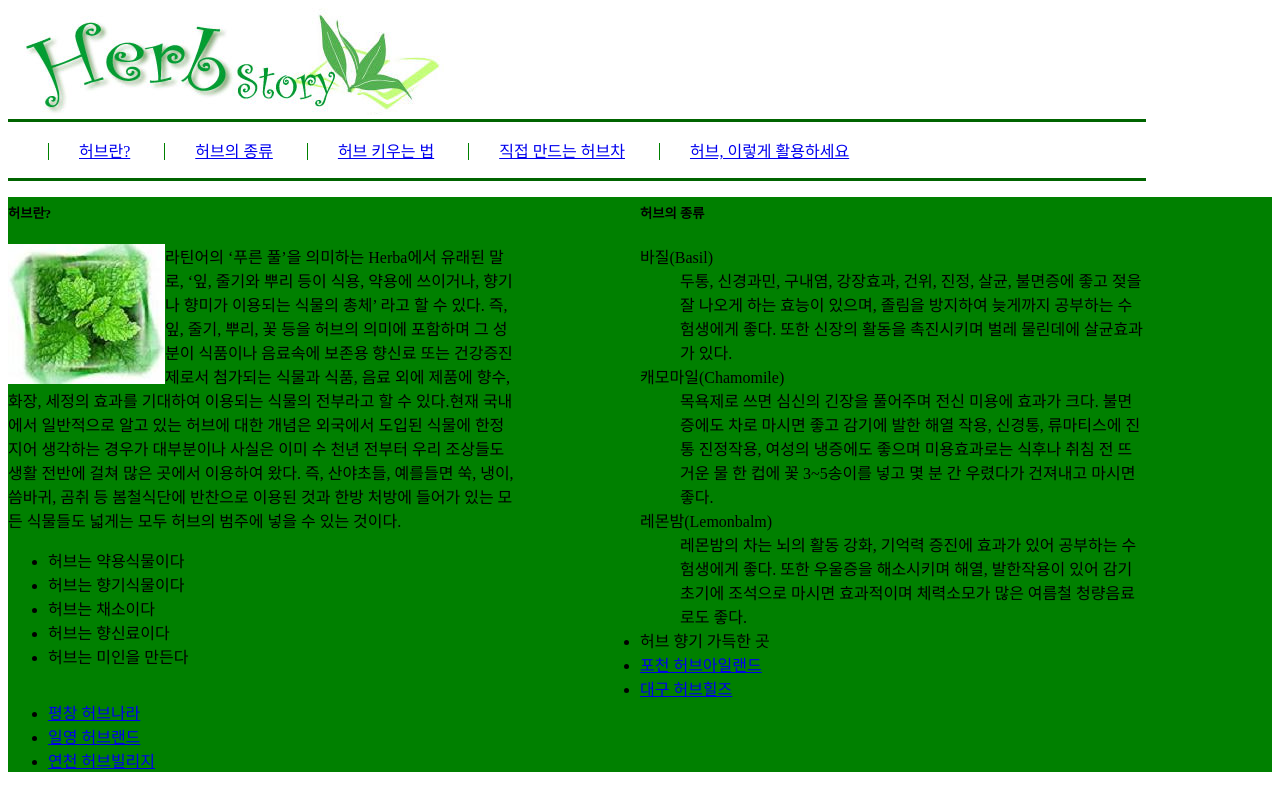
Repository: RyuJelly/java_web
Page: CSS/WebContent/exam2/layout.htm
An editor plug-in stored every save of this project. The page is shown before and after the next save, followed by the edit.
The browser window is 1280 px wide. The pictures show the whole page.

Above is the page before, as saved 2021-03-08 05:37:51.

### CSS/WebContent/exam2/layout.htm
<!DOCTYPE HTML PUBLIC "-//W3C//DTD HTML 4.01//EN" "http://www.w3.org/TR/html4/strict.dtd">
<html>
<head>
<title>레이아웃 연습하기</title>
<meta http-equiv="Content-Type" content="text/html; charset=UTF-8">
<style type="text/css">
	#menu{
		width: 90%;
		border-top: 3px solid darkgreen;
		border-bottom: 3px solid darkgreen;
	}

	#menu li{
		display: inline;
		border-left: 1px solid darkgreen;
		border-color: green;
		padding-left: 30px;
		margin-right: 30px;
	}
	#first{
		border-left: none;
	}

	#content1{
		width: 40%;
		float: left;
		margin-right: 10%;
	}
	#content1 img{
		float: left;
	}

	#content2{
		width: 40%;
		float: right;
		margin-right: 10%;
	}

	#infolist ul{
		background-color: green;
	}
</style>
</head>
<body>

<div>
	<img src="images/herblogo.jpg">
</div>

<div id="menu">
 <ul>
  <li id="first"><a href="#">허브란?</a></li>
  <li><a href="#">허브의 종류</a></li>
  <li><a href="#">허브 키우는 법</a></li>
  <li><a href="#">직접 만드는 허브차</a></li>
  <li><a href="#">허브, 이렇게 활용하세요</a></li>
 </ul>
</div>

<div id="content1">
 <h5>허브란? </h5>
 <img src="images/balm.jpg" id="balm">
 <p>라틴어의 ‘푸른 풀’을 의미하는 Herba에서 유래된 말로, ‘잎, 줄기와 뿌리 등이 식용, 약용에 쓰이거나, 향기나 향미가 이용되는 식물의 총체’ 라고 할 수 있다. 즉, 잎, 줄기, 뿌리, 꽃 등을 허브의 의미에 포함하며 그 성분이 식품이나 음료속에 보존용 향신료 또는 건강증진제로서 첨가되는 식물과 식품, 음료 외에 제품에 향수, 화장, 세정의 효과를 기대하여 이용되는 식물의 전부라고 할 수 있다.현재 국내에서 일반적으로 알고 있는 허브에 대한 개념은 외국에서 도입된 식물에 한정지어 생각하는 경우가 대부분이나 사실은 이미 수 천년 전부터 우리 조상들도 생활 전반에 걸쳐 많은 곳에서 이용하여 왔다. 즉, 산야초들, 예를들면 쑥, 냉이, 씀바귀, 곰취 등 봄철식단에 반찬으로 이용된 것과 한방 처방에 들어가 있는 모든 식물들도 넓게는 모두 허브의 범주에 넣을 수 있는 것이다.</p>
 <ul>
  <li>허브는 약용식물이다</li>
  <li>허브는 향기식물이다</li>
  <li>허브는 채소이다</li>
  <li>허브는 향신료이다</li>
  <li>허브는 미인을 만든다</li>
 </ul>
</div>

<div id="content2">
 <h5>허브의 종류</h5>
 <dt>바질(Basil)</dt>
  <dd>두통, 신경과민, 구내염, 강장효과, 건위, 진정, 살균, 불면증에 좋고 젖을 잘 나오게 하는 효능이 있으며, 졸림을 방지하여 늦게까지 공부하는 수험생에게 좋다. 또한 신장의 활동을 촉진시키며 벌레 물린데에 살균효과가 있다.</dd>
 <dt>캐모마일(Chamomile)</dt>
  <dd>목욕제로 쓰면 심신의 긴장을 풀어주며 전신 미용에 효과가 크다. 불면증에도 차로 마시면 좋고 감기에 발한 해열 작용, 신경통, 류마티스에 진통 진정작용, 여성의 냉증에도 좋으며 미용효과로는 식후나 취침 전 뜨거운 물 한 컵에 꽃 3~5송이를 넣고 몇 분 간 우렸다가 건져내고 마시면 좋다.</dd>
 <dt>레몬밤(Lemonbalm)</dt>
  <dd>레몬밤의 차는 뇌의 활동 강화, 기억력 증진에 효과가 있어 공부하는 수험생에게 좋다. 또한 우울증을 해소시키며 해열, 발한작용이 있어 감기 초기에 조석으로 마시면 효과적이며 체력소모가 많은 여름철 청량음료로도 좋다.</dd>
</div>

<div id="infolist">
 <ul>
  <li id="list_title">허브 향기 가득한 곳</li>
  <li><a href="http://www.herbisland.net/" target="_blank">포천 허브아일랜드</a></li>
  <li><a href="http://www.herbhillz.com/" target="_blank">대구 허브힐즈</a></li>
  <li><a href="http://www.herbnara.com/" target="_blank">평창 허브나라</a></li>
  <li><a href="http://www.iyherbland.co.kr/" target="_blank">일영 허브랜드</a></li>
  <li><a href="http://www.herbvillage.co.kr/" target="_blank">연천 허브빌리지</a></li>
 </ul>
</div>
</body>
</html>

After the next save:
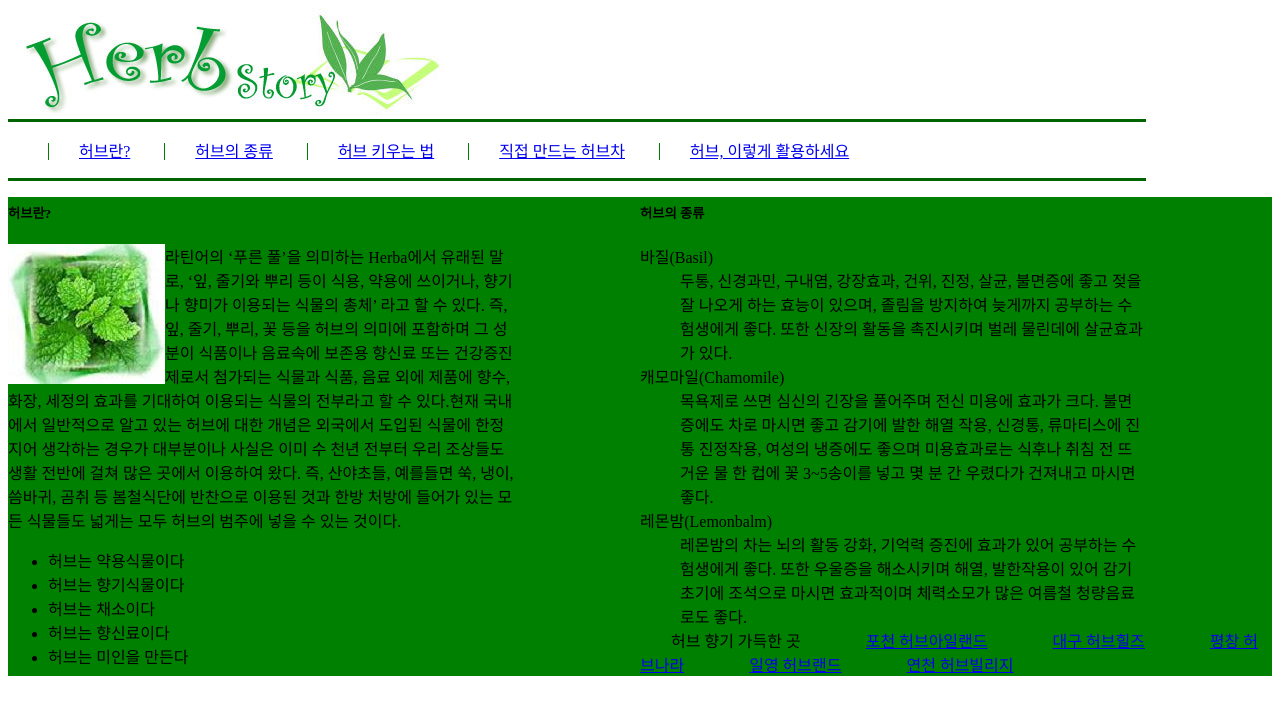
Saved 57 s later.
--- a/CSS/WebContent/exam2/layout.htm
+++ b/CSS/WebContent/exam2/layout.htm
@@ -38,6 +38,13 @@
 
 	#infolist ul{
 		background-color: green;
+	}
+	#infolist li{
+		display: inline;
+		border-left: 1px solid darkgreen;
+		border-color: green;
+		padding-left: 30px;
+		margin-right: 30px;
 	}
 </style>
 </head>
